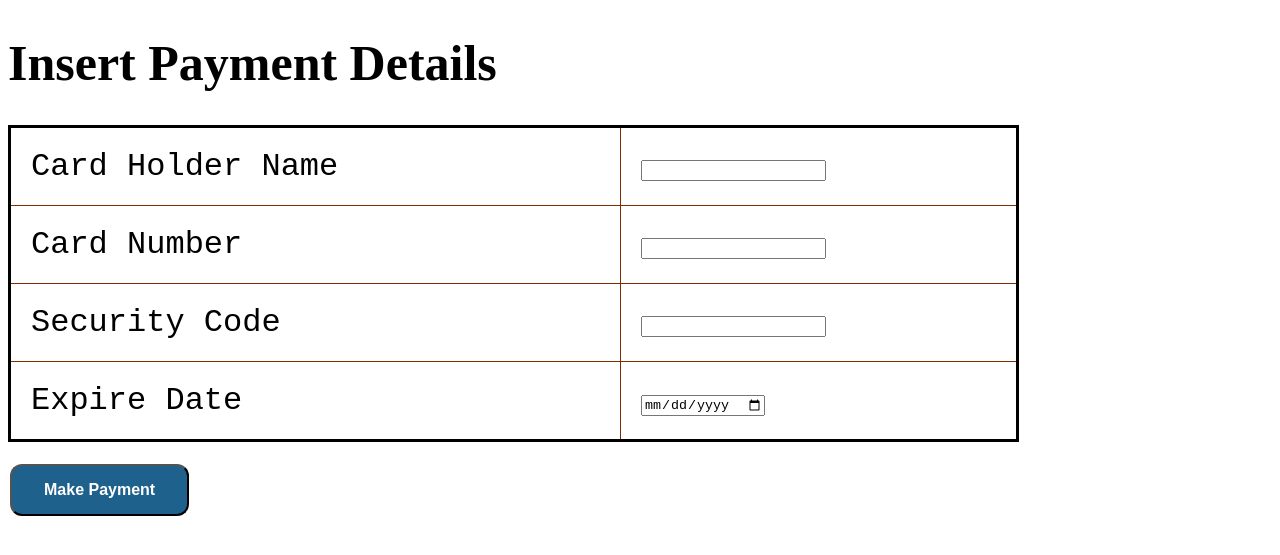
Repository: sandeepa9803/OOP---Online-Travel-web-application
Page: http://localhost/PaymentNew/PaymentInsert.jsp
These files come from the project's save history. The page is drawn as it stood at one moment and after the next save; the edit follows.
The browser window is 1280 px wide. The pictures show the whole page.
Some web fonts or font styles are not loaded; a fallback is used. The page is served by Tomcat 9. Other server files are loaded and not shown.

Above is the page before, as saved 2021-10-11 18:21:44.

### PaymentNew/WebContent/PaymentInsert.jsp
<%@ page language="java" contentType="text/html; charset=ISO-8859-1"
    pageEncoding="ISO-8859-1"%>
<!DOCTYPE html>
<html>
<head>
<link href='https://fonts.googleapis.com/css?family=Quicksand' rel='stylesheet'>


       <style>

table, td, th {
  border: 1px solid #802b00;
  text-align: left;
}

table {
  border-collapse: collapse;
  width: 80%;
  border:solid black ;
   font-family:"Courier New", Courier, monospace;
    font-size:200%;
}

th, td {
  padding: 20px;
}


.button {
  background-color: #1F618D;
  border: 1;
  color: white;
  padding: 15px 32px;
  text-align: center;
  text-decoration: none;
   font-weight: bold;
  display: inline-block;
  font-size: 16px;
  margin: 4px 2px;
  cursor: pointer;
  border-radius:12px;
  }


 h1{font-family: 'Quicksand';font-size: 50px;
}



</style>




<meta charset="ISO-8859-1">
<title>Insert title here</title>
</head>
<body>

   <h1>Insert Payment Details</h1>

    <form action="insert" method ="post">

      <table>

        <tr>
        <td> Card Holder Name </td>
        <td> <input type = "text" name = "cardholder"> </td>
        </tr>

        <tr>
        <td> Card Number </td>
        <td> <input type ="number" name = "cardnum"> </td>
        </tr>

        <tr>
        <td> Security Code </td>
        <td> <input type ="number" name = "cvcnum"> </td>
        </tr>

        <tr>
        <td> Expire Date </td>
        <td> <input type = "date"  name = "date"> </td>
        </tr>

        </table>
        <br>

         <input type ="submit"  name="submit"  value ="Make Payment" class="button" >



    </form>

</body>
</html>

After the next save:
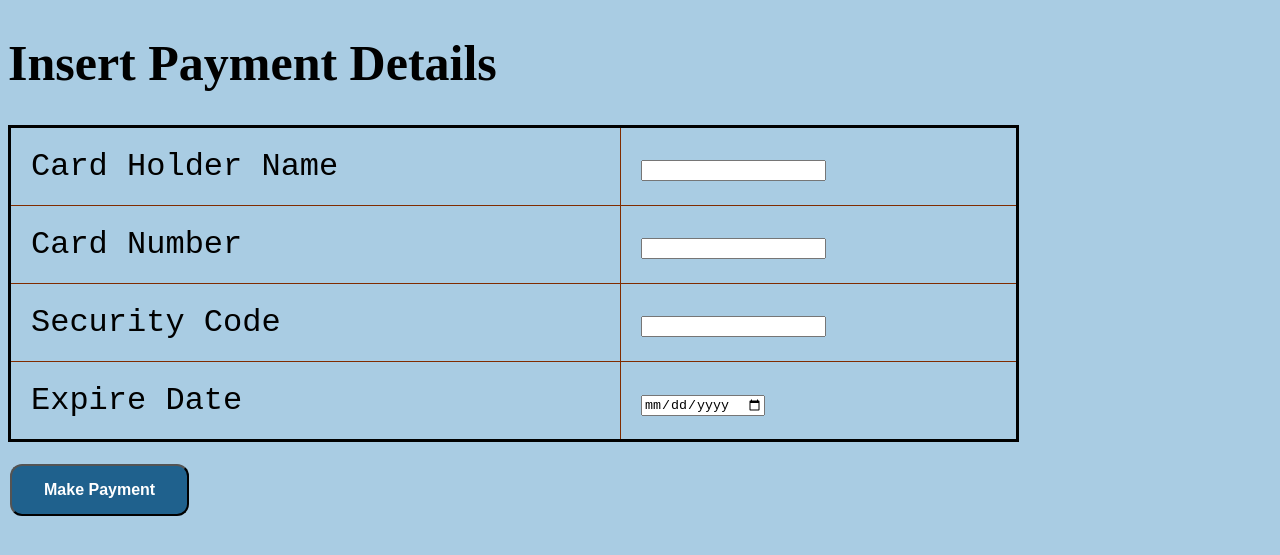
Saved 2 min 8 s later.
--- a/PaymentNew/WebContent/PaymentInsert.jsp
+++ b/PaymentNew/WebContent/PaymentInsert.jsp
@@ -43,6 +43,8 @@ th, td {
 
 
  h1{font-family: 'Quicksand';font-size: 50px;
+}
+body{ background-color:#A9CCE3
 }
 
 
